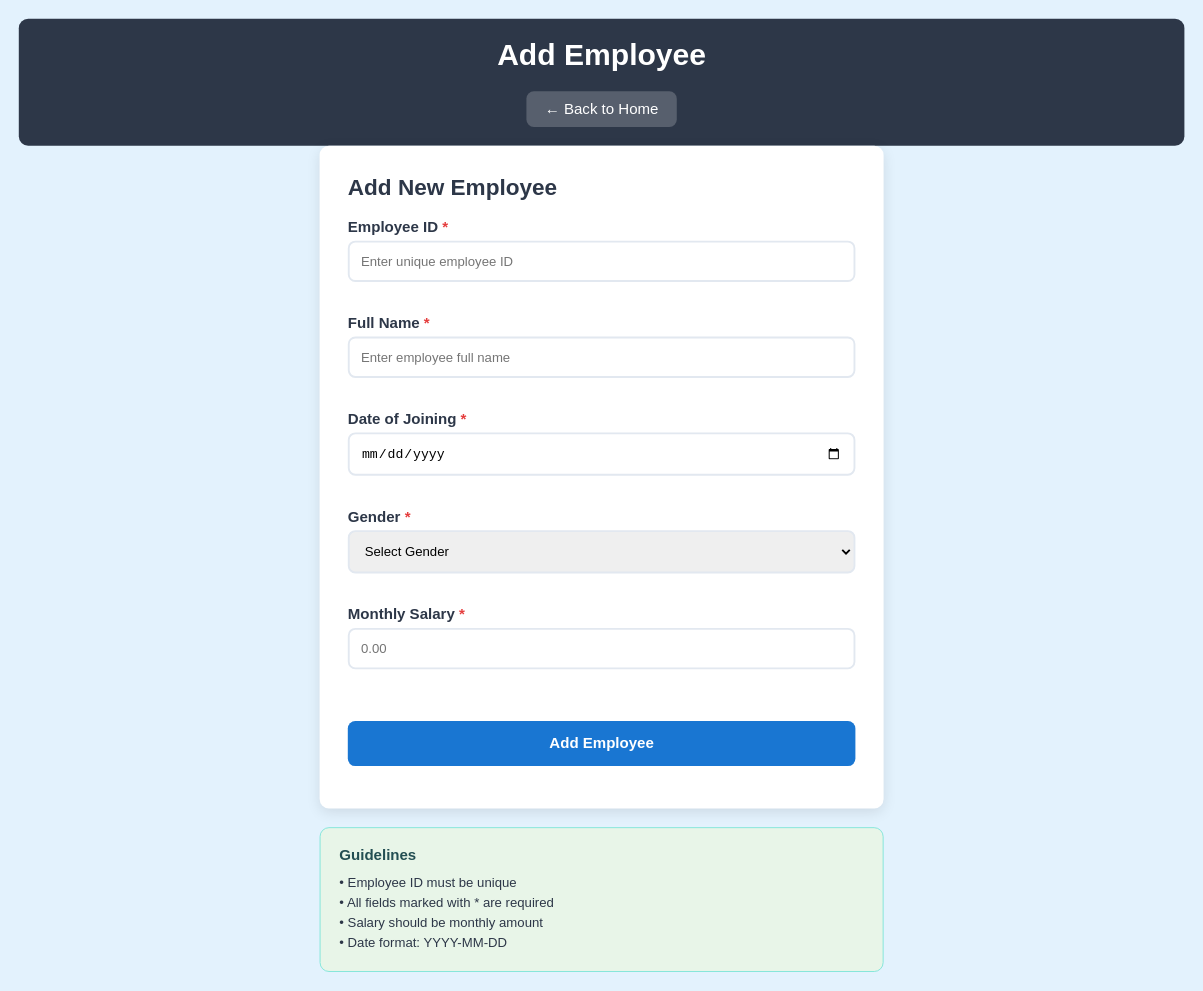
Repository: sweekrithishetty28/Employee_Salary_Management
Page: http://localhost/EmployeeWebApp/empadd.jsp
An editor plug-in stored every save of this project. The page is shown before and after the next save, followed by the edit.
The browser window is 1280 px wide. The pictures show the whole page, at 94% of full size.
The page is served by Tomcat 9.

Above is the page before, as saved 2025-05-28 05:57:19.

After the next save:
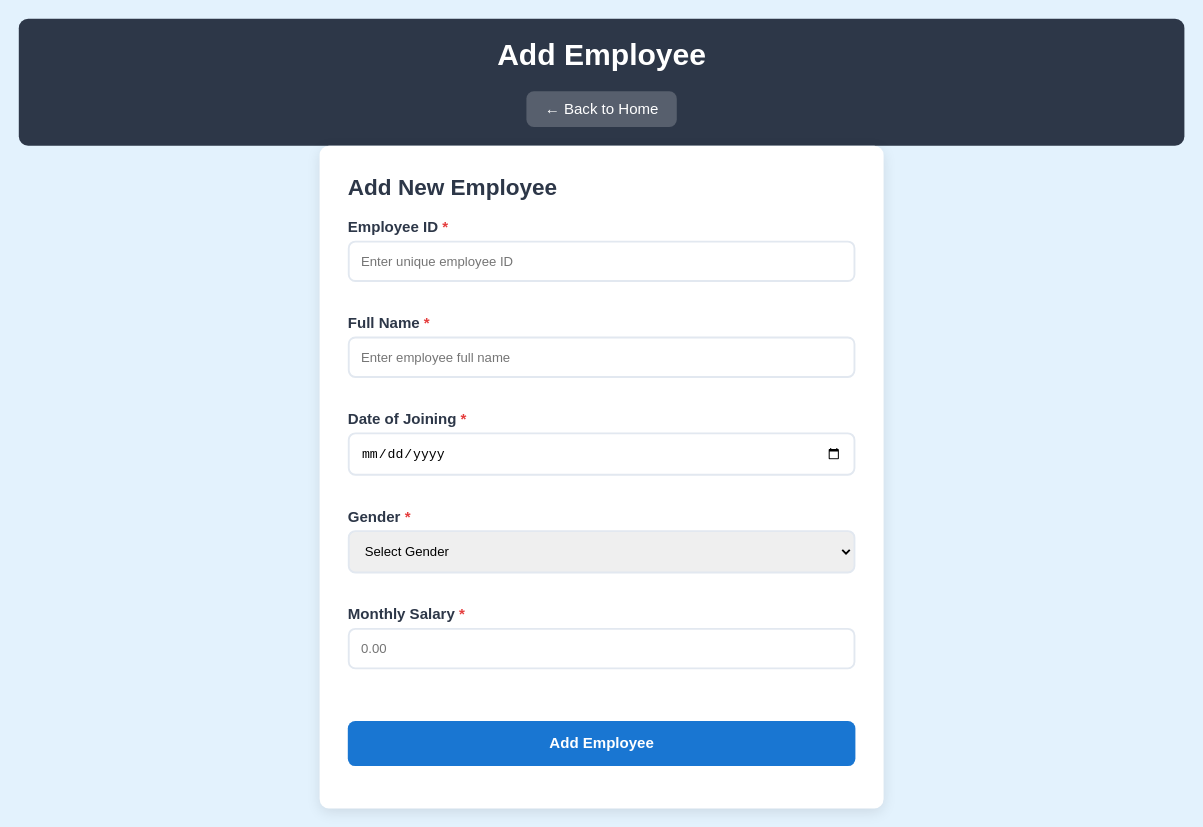
Saved 25 h 39 min later.
--- a/Employee Salary Mangement/EmployeeWebApp/src/main/webapp/empadd.jsp
+++ b/Employee Salary Mangement/EmployeeWebApp/src/main/webapp/empadd.jsp
@@ -119,21 +119,7 @@
             background: rgba(255,255,255,0.3);
             transform: translateX(-5px);
         }
-        .info-card {
-            background: #e8f5e8;
-            border: 1px solid #81e6d9;
-            border-radius: 10px;
-            padding: 20px;
-        }
-        .info-card h4 {
-            color: #234e52;
-            margin-bottom: 10px;
-        }
-        .info-card p {
-            color: #2d3748;
-            font-size: 14px;
-            line-height: 1.5;
-        }
+
     </style>
 </head>
 <body>
@@ -203,13 +189,7 @@
             </form>
         </div>
 
-        <div class="info-card">
-            <h4>Guidelines</h4>
-            <p>• Employee ID must be unique<br>
-            • All fields marked with * are required<br>
-            • Salary should be monthly amount<br>
-            • Date format: YYYY-MM-DD</p>
-        </div>
+
     </div>
 </body>
 </html>
